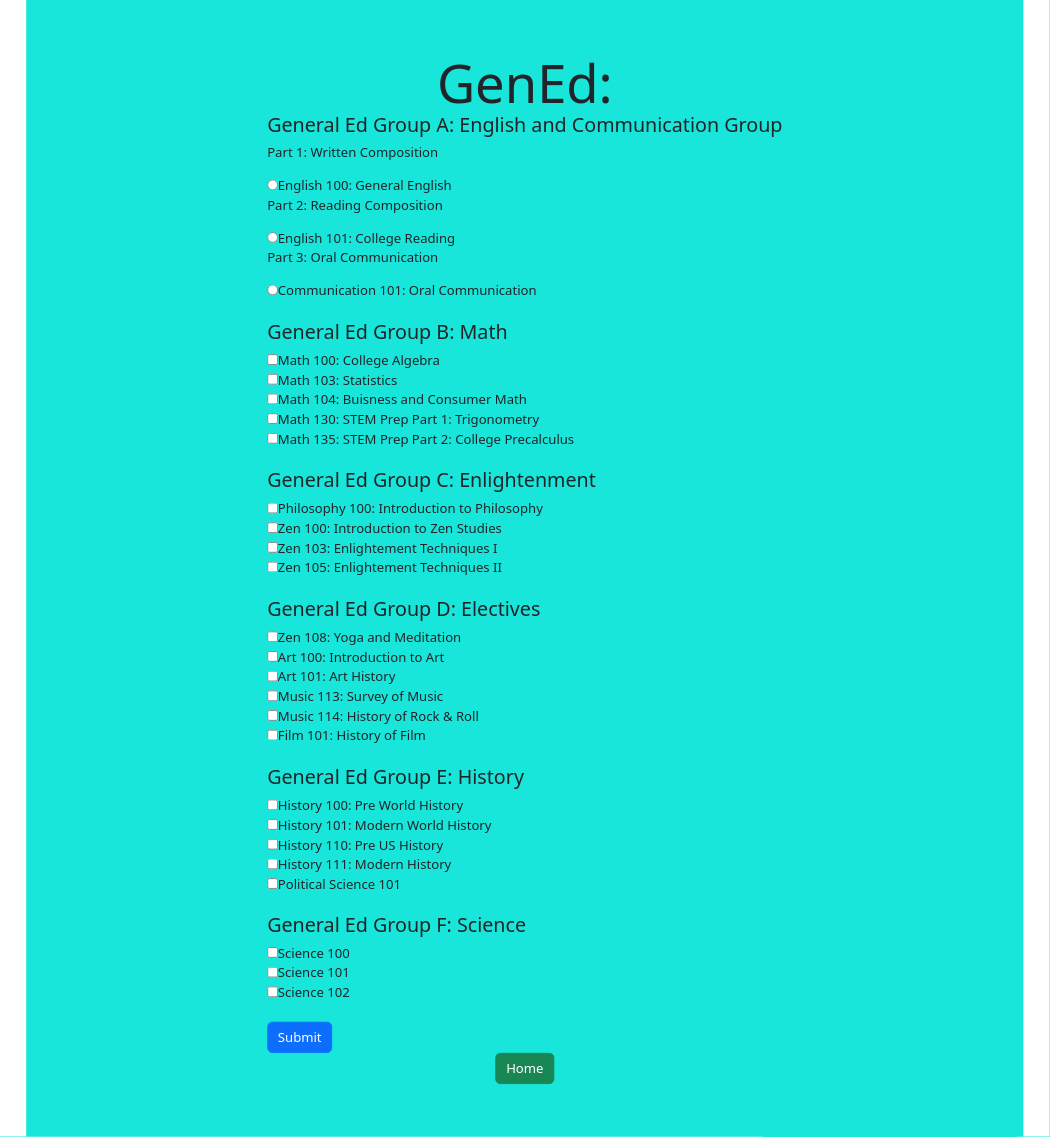
Repository: collegedude9300/zenschool
Page: /GenEd
An editor plug-in stored every save of this project. The page is shown before and after the next save, followed by the edit.
The browser window is 1280 px wide. The pictures show the whole page, at 82% of full size.
The project was rebuilt for these pictures with package versions that can differ from the ones it lists, and the page was loaded fresh each time. The framework's server and built-in components were replaced by stand-ins that run in the browser. Also part of the build but not shown: next.config.js.

Above is the page before, as saved 2022-10-30 20:56:49.

### pages/GenEd.js
import Head from 'next/head'
import Image from 'next/image'
import styles from '../styles/Home.module.css'
import 'bootstrap/dist/css/bootstrap.css'
import Link from 'next/link';
export default function GenEd() {
return(
//class choices form
<div className={styles.container}>
<Head>
<title>GenEd</title>
<meta name="description" content="Generated by create next app" />
<link rel="icon" href="/favicon.png" />
</Head>
<main className={styles.gened}>
<h1 className={styles.title}>
GenEd:
</h1>
<form>
<h4>General Ed Group A: English and Communication Group </h4>
<p> Part 1: Written Composition</p>
<input type="radio" id="English 100" name="English 100" value="English 100"/>
<label for="English 100"> English 100: General English </label><br/>
<p>Part 2: Reading Composition</p>
<input type="radio" id="English 101" name="English 101" value="English 101"/>
<label for="English 101"> English 101: College Reading</label><br/>
<p>Part 3: Oral Communication</p>
<input type="radio" id="Communication 101" name="Communication 101" value="Communication 101"/>
<label for="Communication 101"> Communication 101: Oral Communication</label><br/>
<br/>
<h4>General Ed Group B: Math </h4>
<input type="checkbox" id="Math 100" name="Math 100" value="Math 100"/>
<label for="Math 100"> Math 100: College Algebra</label><br/>
<input type="checkbox" id="Math 103" name="Math 103" value="Math 103"/>
<label for="Math 103"> Math 103: Statistics</label><br/>
<input type="checkbox" id="Math 104" name="Math 104" value="Math 104"/>
<label for="Math 104"> Math 104: Buisness and Consumer Math</label><br/>
<input type="checkbox" id="Math 130" name="Math 130" value="Math 130"/>
<label for="Math 130"> Math 130: STEM Prep Part 1: Trigonometry</label><br/>
<input type="checkbox" id="Math 135" name="Math 135" value="Math 135"/>
<label for="Math 135"> Math 135:  STEM Prep Part 2: College Precalculus</label><br/>
<br/>
<h4>General Ed Group C: Enlightenment </h4>
<input type="checkbox" id="Philosophy 100" name="Philosophy 100" value="Philosophy 100"/>
<label for="Philosophy 100"> Philosophy 100: Introduction to Philosophy</label><br/>
<input type="checkbox" id="Zen 100" name="Zen 100" value="Zen 100"/>
<label for="Zen 100"> Zen 100: Introduction to Zen Studies</label><br/>
<input type="checkbox" id="Zen 103" name="Zen 103" value="Zen 103"/>
<label for="Zen 103"> Zen 103: Enlightement Techniques I</label><br/>
<input type="checkbox" id="Zen 105" name="Zen 105" value="Zen 105"/>
<label for="Zen 105"> Zen 105: Enlightement Techniques II</label><br/>
<br/>
<h4>General Ed Group D: Electives </h4>
<input type="checkbox" id="Zen 108" name="Zen 108" value="Zen 108"/>
<label for="Zen 108"> Zen 108: Yoga and Meditation</label><br/>
<input type="checkbox" id="Art 100" name="Art 100" value="Art 100"/>
<label for="Art 100"> Art 100: Introduction to Art</label><br/>
<input type="checkbox" id="Art 101" name="Art 101" value="Art 101"/>
<label for="Art 101"> Art 101: Art History</label><br/>
<input type="checkbox" id="Music 113" name="Music 113" value="Music 113"/>
<label for="Music 113"> Music 113: Survey of Music</label><br/>
<input type="checkbox" id="Music 114" name="Music 114" value="Music 114"/>
<label for="Music 114"> Music 114: History of Rock & Roll</label><br/>
<input type="checkbox" id="Film 101" name="Film 101" value="Film 101"/>
<label for="Film 101"> Film 101: History of Film</label><br/>
<br/>
<h4>General Ed Group E: History </h4>
<input type="checkbox" id="History 100" name="History 100" value="History 100"/>
<label for="History 100"> History 100: Pre World History</label><br/>
<input type="checkbox" id="History 101" name="History 101" value="History 101"/>
<label for="History 101"> History 101: Modern World History</label><br/>
<input type="checkbox" id="History 110" name="History 110" value="History 110"/>
<label for="History 110"> History 110: Pre US History</label><br/>
<input type="checkbox" id="History 111" name="History 111" value="History 111"/>
<label for="History 111"> History 111: Modern History</label><br/>
<input type="checkbox" id="Pol-Science 101" name="Pol-Science 101" value="Pol-Science 101"/>
<label for="Pol-Science 101"> Political Science 101</label><br/>
<br/>
<h4>General Ed Group F: Science </h4>
<input type="checkbox" id="Science 100" name="Science 100" value="Science 100"/>
<label for="Science 100"> Science 100</label><br/>
<input type="checkbox" id="Science 101" name="Science 101" value="Science 101"/>
<label for="Science 101"> Science 101</label><br/>
<input type="checkbox" id="Science 102" name="Science 102" value="Science 102"/>
<label for="Science 102"> Science 102</label><br/>
<br/>
<button type="submit" className="btn btn-primary">Submit</button>
</form>
<Link legacyBehavior href="/">
        <a className="btn btn-success">Home</a>
        </Link>
</main>
      </div>
)}

### styles/Home.module.css
.container {
  padding: 0 2rem;
}
.main {
  min-height: 100vh;
  padding: 4rem 0;
  flex: 1;
  display: flex;
  flex-direction: column;
  justify-content: center;
  align-items: center;
  background-color: #ecf025;
}
.classpage {
  min-height: 100vh;
  padding: 4rem 0;
  flex: 1;
  display: flex;
  flex-direction: column;
  justify-content: center;
  align-items: center;
  background-color: #67ff02;
}
.gened {
  min-height: 100vh;
  padding: 4rem 0;
  flex: 1;
  display: flex;
  flex-direction: column;
  justify-content: center;
  align-items: center;
  background-color: #18e6db;
}
.login {
  min-height: 100vh;
  padding: 4rem 0;
  flex: 1;
  display: flex;
  flex-direction: column;
  justify-content: center;
  align-items: center;
  background-color: #ffc400;
}
.footer {
  display: flex;
  flex: 1;
  padding: 2rem 0;
  border-top: 1px solid #eaeaea;
  justify-content: center;
  align-items: center;
}

.footer a {
  display: flex;
  justify-content: center;
  align-items: center;
  flex-grow: 1;
}

.title a {
  color: #0070f3;
  text-decoration: none;
}

.title a:hover,
.title a:focus,
.title a:active {
  text-decoration: underline;
}

.title {
  margin: 0;
  line-height: 1.15;
  font-size: 4rem;
}

.title,
.description {
  text-align: center;
}

.description {
  margin: 4rem 0;
  line-height: 1.5;
  font-size: 1.5rem;
}

.code {
  background: #fafafa;
  border-radius: 5px;
  padding: 0.75rem;
  font-size: 1.1rem;
  font-family: Menlo, Monaco, Lucida Console, Liberation Mono, DejaVu Sans Mono,
    Bitstream Vera Sans Mono, Courier New, monospace;
}

.grid {
  display: flex;
  align-items: center;
  justify-content: center;
  flex-wrap: wrap;
  max-width: 800px;
}

.card {
  margin: 1rem;
  padding: 1.5rem;
  text-align: left;
  color: inherit;
  text-decoration: none;
  border: 1px solid #eaeaea;
  border-radius: 10px;
  transition: color 0.15s ease, border-color 0.15s ease;
  max-width: 300px;
}

.card:hover,
.card:focus,
.card:active {
  color: #0070f3;
  border-color: #0070f3;
}

.card h2 {
  margin: 0 0 1rem 0;
  font-size: 1.5rem;
}

.card p {
  margin: 0;
  font-size: 1.25rem;
  line-height: 1.5;
}

.logo {
  height: 1em;
  margin-left: 0.5rem;
}

@media (max-width: 600px) {
  .grid {
    width: 100%;
    flex-direction: column;
  }
}

@media (prefers-color-scheme: dark) {
  .card,
  .footer {
    border-color: #222;
  }
  .code {
    background: #111;
  }
  .logo img {
    filter: invert(1);
  }
}

Loaded but not shown: pages/_app.js (common file); styles/globals.css (common file)

After the next save:
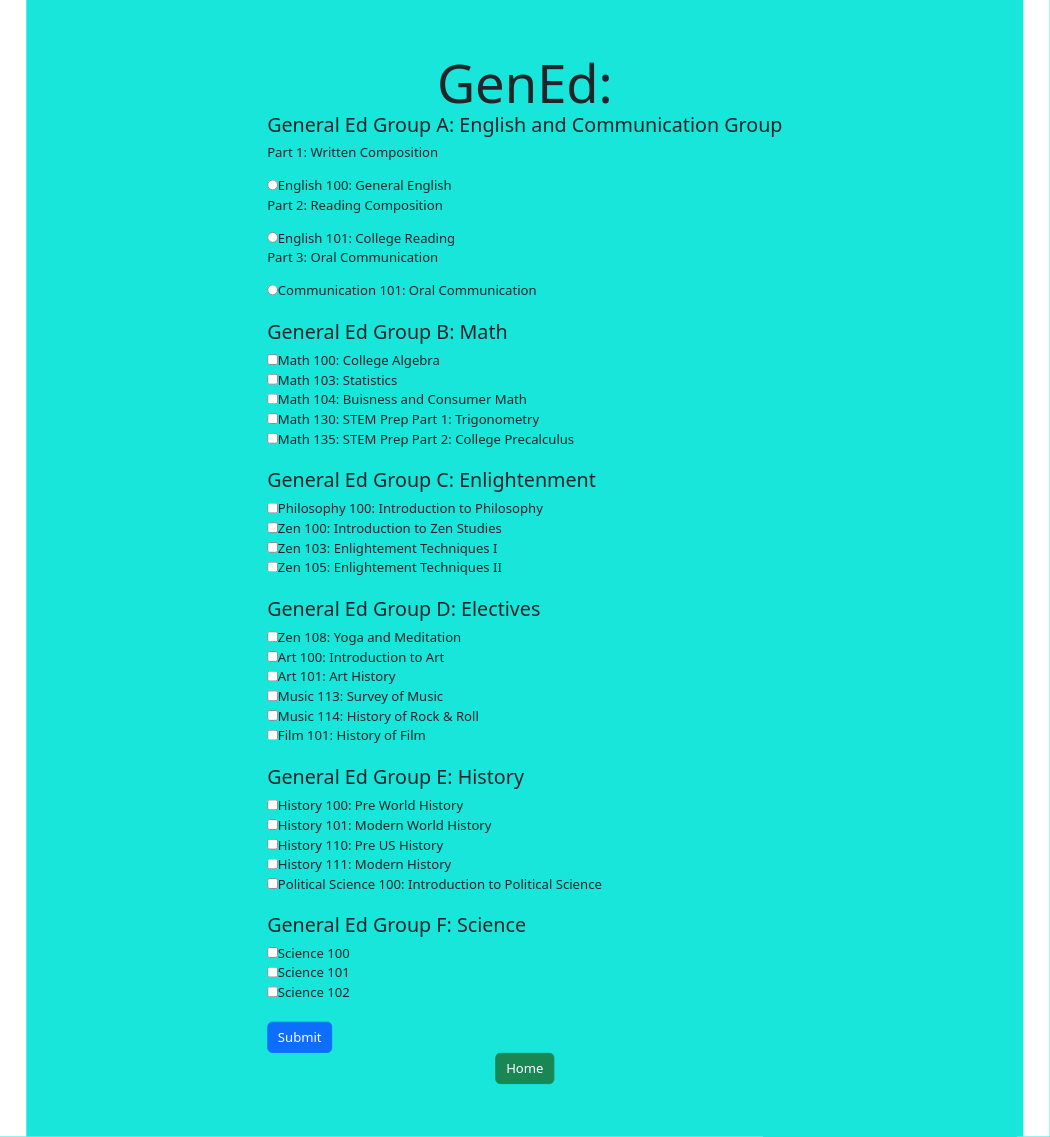
Saved 39 s later.
--- a/pages/GenEd.js
+++ b/pages/GenEd.js
@@ -73,8 +73,8 @@ GenEd:
 <label for="History 110"> History 110: Pre US History</label><br/>
 <input type="checkbox" id="History 111" name="History 111" value="History 111"/>
 <label for="History 111"> History 111: Modern History</label><br/>
-<input type="checkbox" id="Pol-Science 101" name="Pol-Science 101" value="Pol-Science 101"/>
-<label for="Pol-Science 101"> Political Science 101</label><br/>
+<input type="checkbox" id="Pol-Science 100" name="Pol-Science 100" value="Pol-Science 101"/>
+<label for="Pol-Science 100"> Political Science 100: Introduction to Political Science</label><br/>
 <br/>
 <h4>General Ed Group F: Science </h4>
 <input type="checkbox" id="Science 100" name="Science 100" value="Science 100"/>
